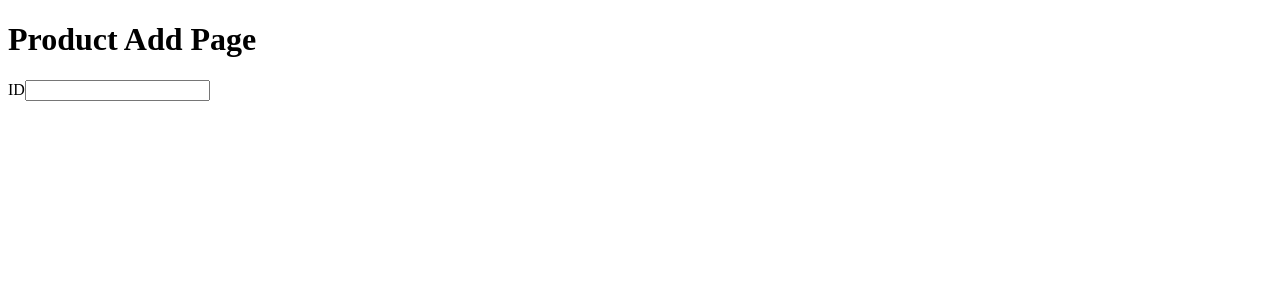
Repository: bookkg2/TIL
Page: http://localhost/day1333/product/add.jsp
An editor plug-in stored every save of this project. The page is shown before and after the next save, followed by the edit.
The browser window is 1280 px wide. The pictures show the whole page.
The page is served by Tomcat 9.

Above is the page before, as saved 2019-06-28 05:31:51.

After the next save:
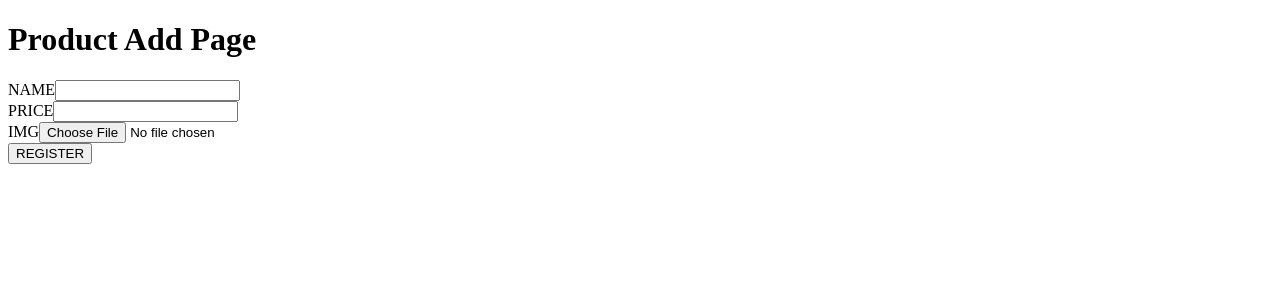
Saved 3 min 48 s later.
--- a/day1333/web/product/add.jsp
+++ b/day1333/web/product/add.jsp
@@ -11,8 +11,11 @@
 </head>
 <body>
 <h1>Product Add Page</h1>
-<form action="" method="">
-ID<input type="text" name="id">
+<form action="req?type=product&cmd=add" method="POST">
+NAME<input type="text" name="name"><br>
+PRICE<input type="number" name="price"><br>
+IMG<input type="file" name="imgname"><br>
+<input type="submit" value="REGISTER">
 </form>
 </body>
 </html>
